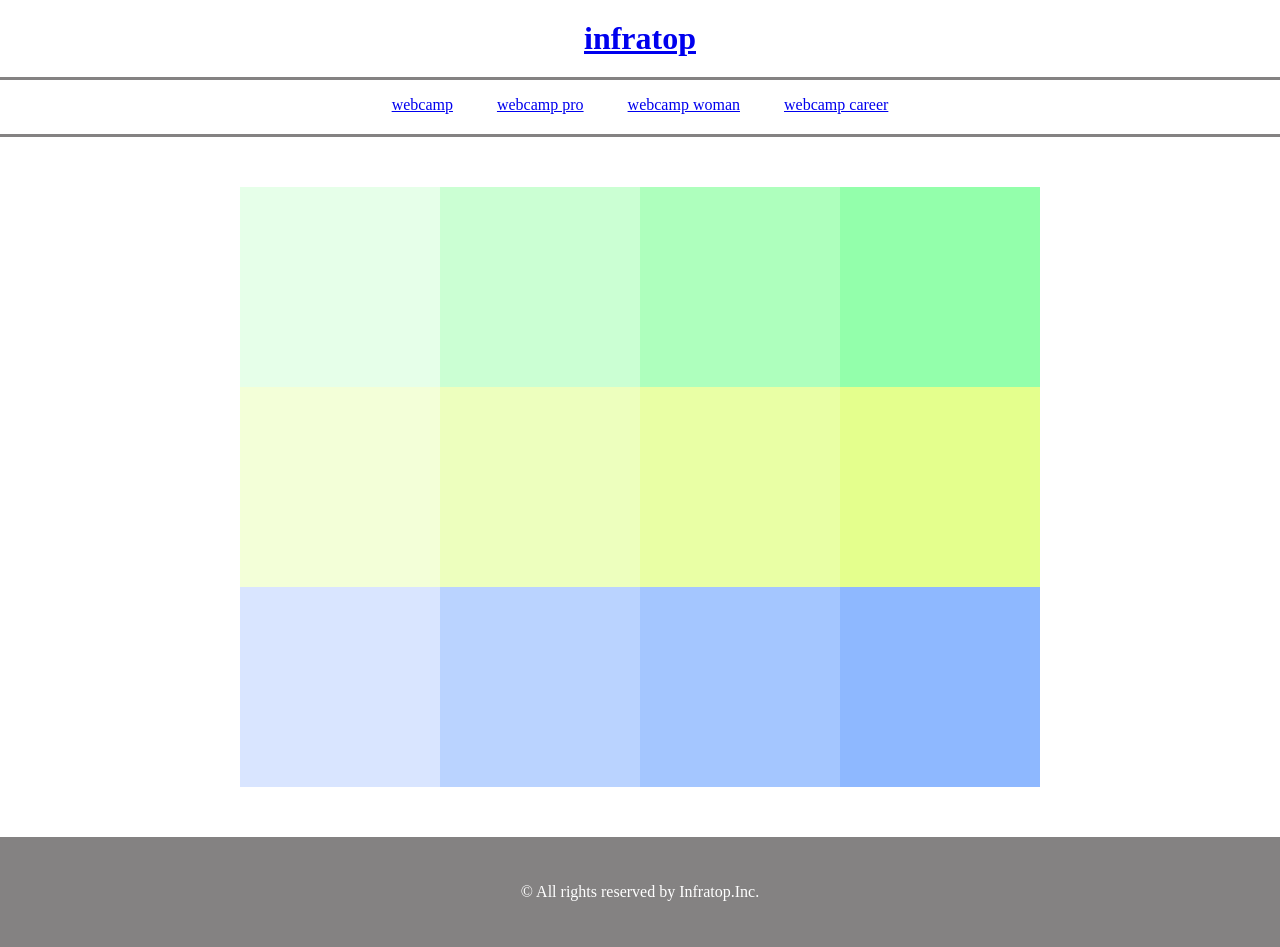
Repository: Souax/prac_20231021
Page: Chapter5/5.html
The author's editor kept a record of every edit. The page is drawn from the files as they stood at one moment, then again after the next edit.
The browser window is 1280 px wide. The pictures show the whole page.

Above is the page before.

After the next edit:
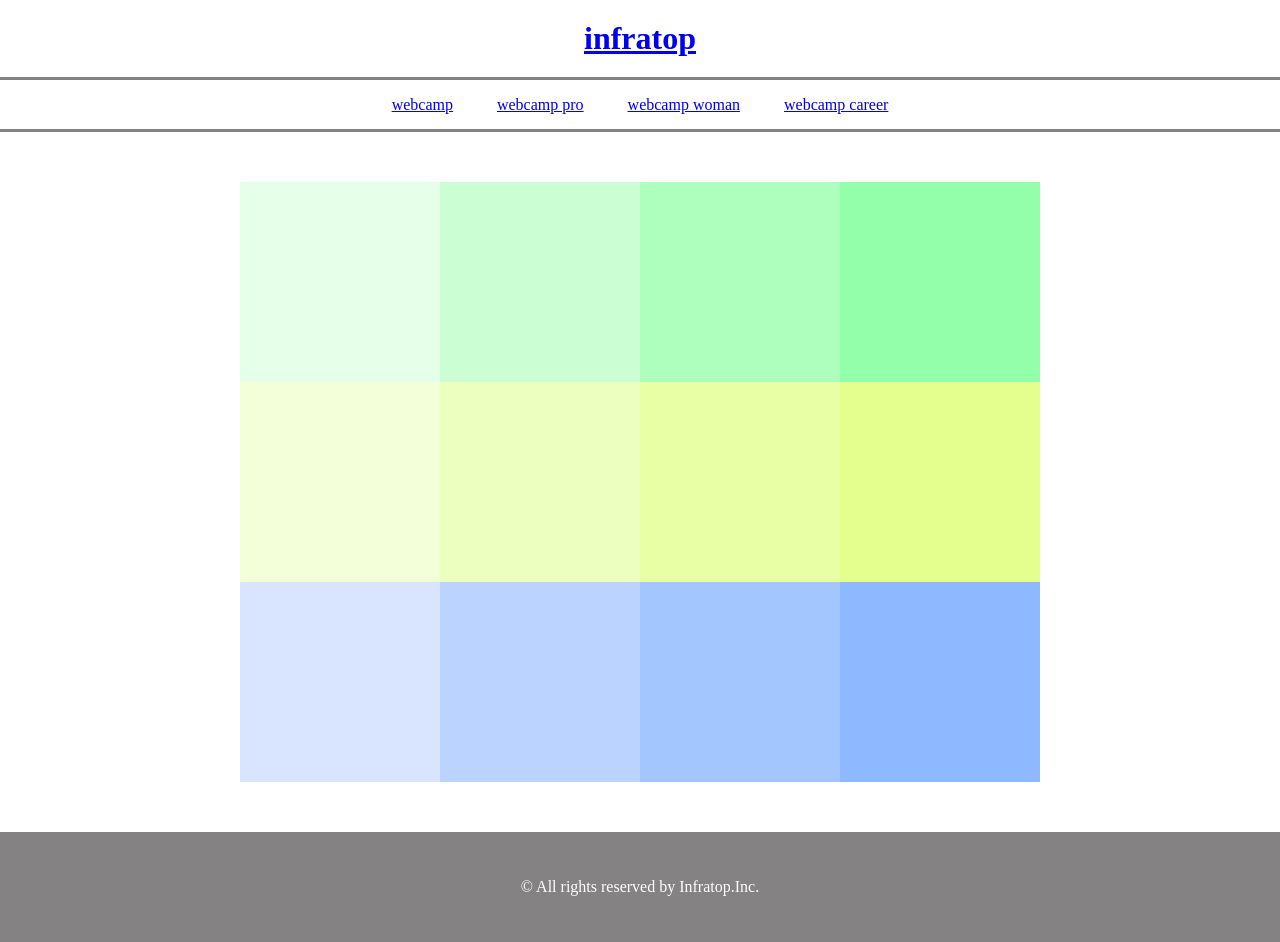
The edit:
--- a/Chapter5/5.css
+++ b/Chapter5/5.css
@@ -18,7 +18,7 @@
 
 nav{
   width:100%;
-  height:60px;
+  height:55px;
   border-top:solid #848282;
   border-bottom:solid #848282;
 }
